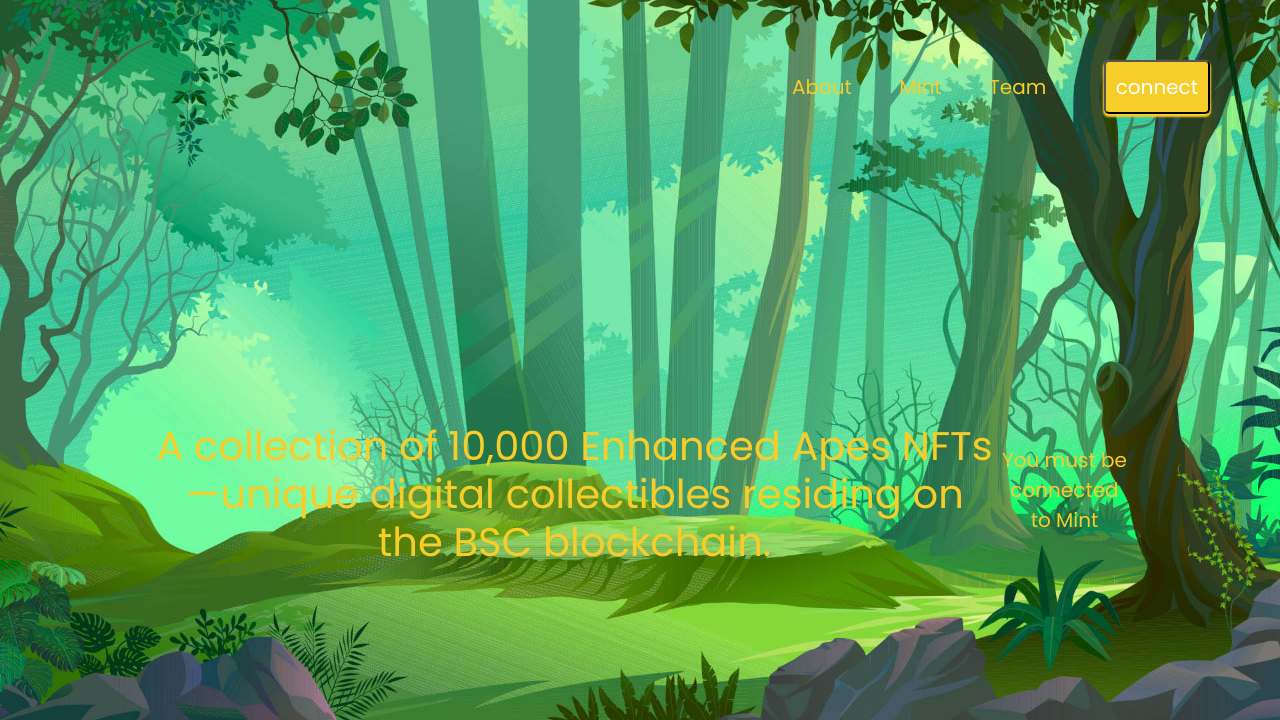
Repository: Stephegbenga/Minting-Dapp
Page: /
The author's editor kept a copy of each file at every save. The page is drawn from the files as they stood at one save, then again after the next save.
The browser window is 1280 px wide. The pictures show the whole page.
The project was rebuilt for these pictures with package versions that can differ from the ones it lists, and the page was loaded fresh each time.

Above is the page before, as saved 2022-04-07 17:11:30.

### public/index.html
<!DOCTYPE html>
<html lang="en">
  <head>
    <meta charset="utf-8" />
    <link rel="icon" href="%PUBLIC_URL%/En favicon.ico" />
    <meta name="viewport" content="width=device-width, initial-scale=1" />
    <meta name="theme-color" content="#000000" />
    <meta
      name="description"
      content="Web site created using create-react-app"
    />

    <link rel="apple-touch-icon" href="%PUBLIC_URL%/logo192.png" />
    <!--
      manifest.json provides metadata used when your web app is installed on a
      user's mobile device or desktop. See https://developers.google.com/web/fundamentals/web-app-manifest/
    -->
    <link rel="manifest" href="%PUBLIC_URL%/manifest.json" />
    <!--
      Notice the use of %PUBLIC_URL% in the tags above.
      It will be replaced with the URL of the `public` folder during the build.
      Only files inside the `public` folder can be referenced from the HTML.

      Unlike "/favicon.ico" or "favicon.ico", "%PUBLIC_URL%/favicon.ico" will
      work correctly both with client-side routing and a non-root public URL.
      Learn how to configure a non-root public URL by running `npm run build`.
    -->
    <link rel="stylesheet" href="https://stackpath.bootstrapcdn.com/bootstrap/4.3.1/css/bootstrap.min.css"/>

    <title>React App</title>
  </head>
  <body>
    <noscript>You need to enable JavaScript to run this app.</noscript>
    <div id="root"></div>
    <!--
      This HTML file is a template.
      If you open it directly in the browser, you will see an empty page.

      You can add webfonts, meta tags, or analytics to this file.
      The build step will place the bundled scripts into the <body> tag.

      To begin the development, run `npm start` or `yarn start`.
      To create a production bundle, use `npm run build` or `yarn build`.
    -->
  </body>
</html>

### src/index.js
import React from 'react';
import ReactDOM  from 'react-dom';
import './index.css';
import App from './App';
import './Font/ThunderDemo.ttf'


ReactDOM.render(
  <App />,
  document.getElementById('root')

);

### src/App.js
import './App.css';


import { useState } from 'react';
import './App.css';
import MainMint from './MainMint'
import Navbar from './NavBar'

function App() {
    const [accounts, setAccounts] = useState([]);

    return (
        <div className="overlay">
            <div className='App'>
                <Navbar accounts={accounts} setAccounts={setAccounts} />
                <MainMint accounts={accounts} setAccounts={setAccounts} />
            </div>
            <div className='Background'></div>
        </div>
    );
}

export default App;

### src/App.css
@import url("https://fonts.googleapis.com/css?family=Poppins");


.App {
  text-align: center;
  font-family: "poppins";
  font-size: 20px;
  color: #f7cd2a;
}

* {
  box-sizing: border-box;
}

body {
  overflow: hidden;
}

.overlay {
  opacity: 1;
  width: 100%;
  height: 100%;
  z-index: 10;
  top: 0;
  left: 0;
  position: fixed;
}

.Background {
  z-index: -1;
  position: absolute;
  top: 0;
  left: 0;
  right: 0;
  bottom: 0;
  background-image: url("./Assets/Background/background.jpg");
  background-size: cover;
  background-repeat: no-repeat;
  background-attachment: fixed;
  background-position: 40% 40%;
}

### src/MainMint.js
import { useState } from "react";
import{ ethers, BigNumber } from "ethers";
import { Box, Button, Flex, Flow, Text, Input } from "@chakra-ui/react"
import Kongz from "./Kongz/Kongz.json";

const KongzAddress = "0x0aee4e215fd9c07093fc7c31f67028e291c633c5";

const MainMint = ({ accounts, setAccounts}) => {
    const [mintAmount, setMintAmount] = useState(1);
    const isConnected = Boolean(accounts[0]);

    async function handleMint() {
        if (window.ethereum) {
            const provider = new ethers.providers.Web3Provider(window.ethereum);
            const signer = provider.getSigner();
            const contract = new ethers.Contract(
                KongzAddress,
                Kongz.abi,
                signer
            );
            try {
                const response = await contract.mint(BigNumber.from(mintAmount));
                console.log('response: ', response);
            }   catch (err) {
                console.log("error: ", err)
            }
        }
    }

    const handleDecrement = () => {
        if (mintAmount <= 1) return;
        setMintAmount(mintAmount + 1);
    };

    return (
        <Flex justify="center" align="center" height="90vh" padding="150px">
            <h1>A collection of 10,000 Enhanced Apes NFTs—unique digital collectibles residing on the BSC blockchain.</h1>
            {isConnected ? (
            <div>
                <div>
                    <button onClick={handleDecrement}>-</button>
                    <input type="number" value={mintAmount} />
                    <button onClick={handleDecrement}>+</button>
                </div>
                <button onClick={handleMint}>Mint Now</button>
            </div>
        ) : (
            <p>You must be connected to Mint</p>
        )}
        </Flex>

    );
};

export default MainMint;

### src/NavBar.js
import React from "react";
import { Box, Button, Flex, Flow, Image, Link, Spacer } from "@chakra-ui/react"

const Navbar = ({ accounts, setAccounts }) => {
    const isConnected = Boolean(accounts[0]);

    async function connectAccount() {
        if (window.ethereum) {
            const accounts = await window.ethereum.request({
               method: "eth_requestAccounts",
            });
            setAccounts(accounts);
        }
    }

    return (
        <Flex justify="space-between" align="center" padding="30px">
            {/* { left side - socials } */}

            <Flex justify="space-around" width="40%" padding="0 75px">

            </Flex>

            {/* {RIght SIde - Section and connect} */}
            <Flex
                justify="space-around"
                align="center"
                width="40%"
                padding="30px"
            >
            <box margin="0 15px">About</box>
            <Spacer />
            <box margin="0 15px">Mint</box>
            <Spacer />
            <box margin="0 15px">Team</box>
            <Spacer />


            {/* connect */}
            {isConnected ? (
                <box margin="0 15px">Conncted</box>
            ) : (
                <Button
                    backgroundColor="#f7cd2a"
                    borderRadius="5px"
                    boxShadow="0px 2px 2px 1px #f7cd2a"
                    color="white"
                    fontFamily="inherit"
                    padding="10px"
                    margin="0 10px"
                    onClick={connectAccount}
                >
                    connect
                </Button>
            )}
            </Flex>
        </Flex>
    );

};

export default Navbar;

Loaded but not shown: src/index.css (common file); src/Kongz/Kongz.json (1020 lines, source omitted)

After the next save:
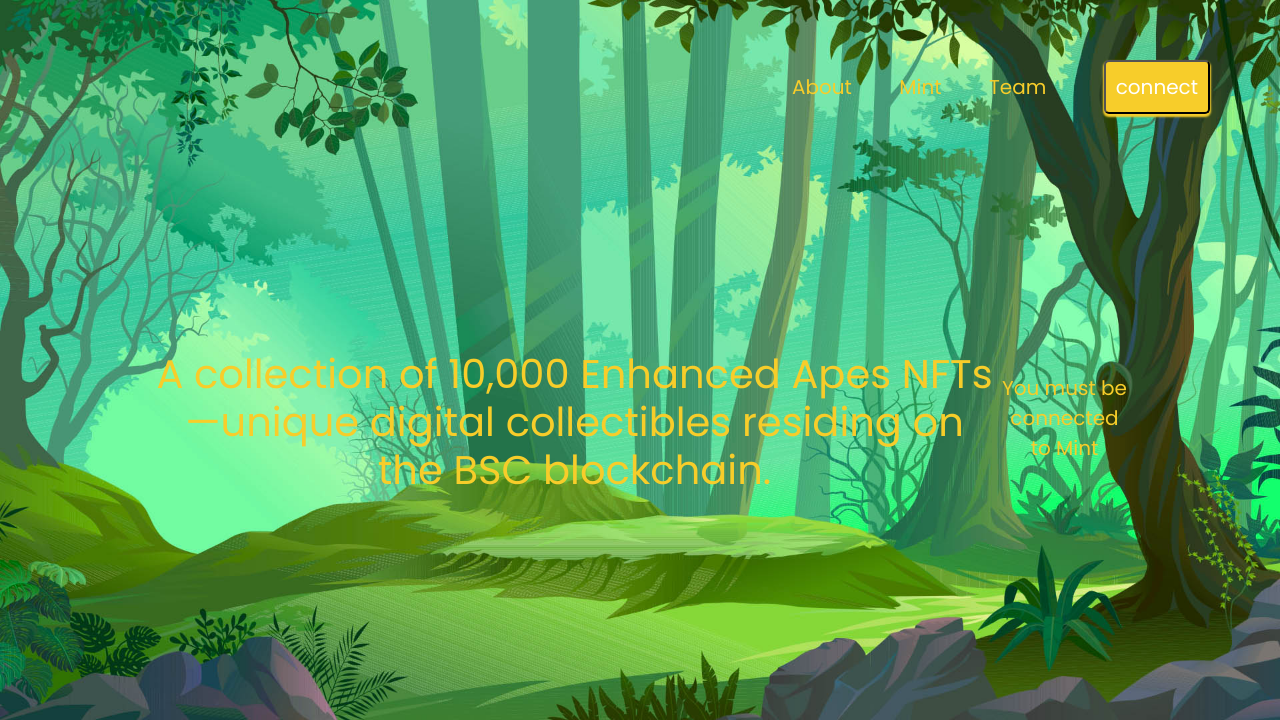
Saved 5 s later.
--- a/src/MainMint.js
+++ b/src/MainMint.js
@@ -33,7 +33,7 @@ const MainMint = ({ accounts, setAccounts}) => {
     };
 
     return (
-        <Flex justify="center" align="center" height="90vh" padding="150px">
+        <Flex justify="center" align="center" height="70vh" padding="150px">
             <h1>A collection of 10,000 Enhanced Apes NFTs—unique digital collectibles residing on the BSC blockchain.</h1>
             {isConnected ? (
             <div>
